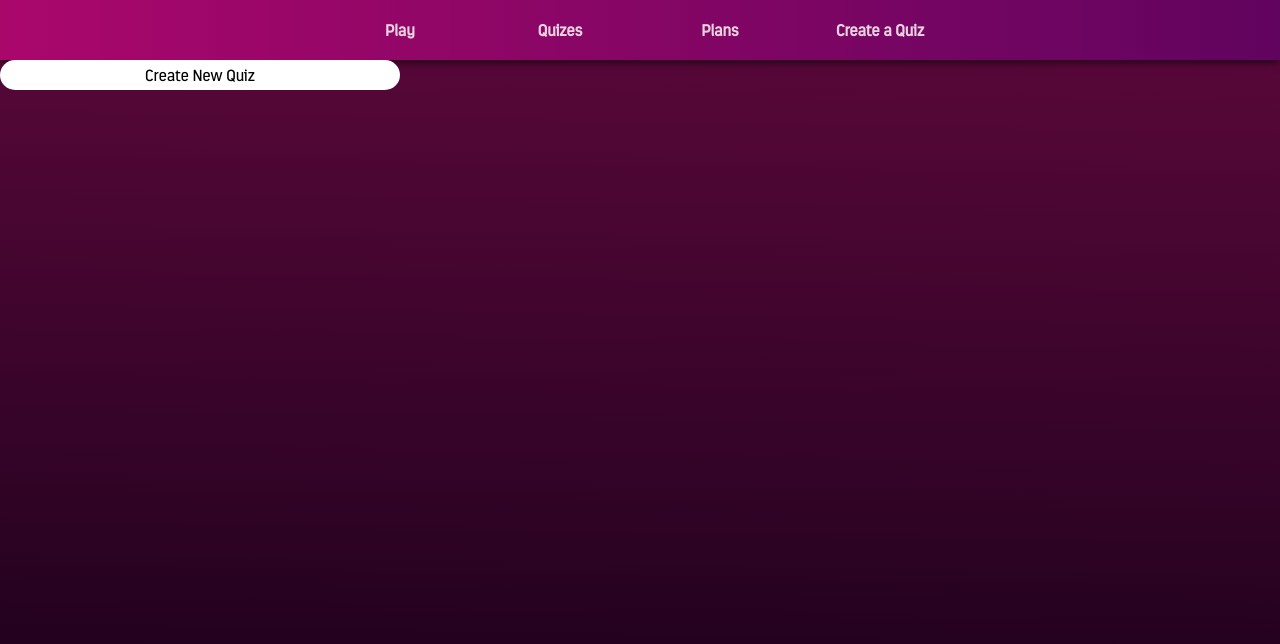
Repository: YoanDimitrov97/quiz-project
Page: /my_quiz (app in quiz_frontend/)
The author's editor kept a copy of each file at every save. The page is drawn from the files as they stood at one save, then again after the next save.
The browser window is 1280 px wide. The pictures show the whole page.
The project was rebuilt for these pictures with package versions that can differ from the ones it lists, and the page was loaded fresh each time. Also part of the build but not shown: quiz_frontend/src/components/Index/Login.vue, quiz_frontend/src/components/Index/ProfileNav.vue, quiz_frontend/src/components/CreateQuiz/NewQuizQuestion.vue, quiz_frontend/src/components/CreateQuiz.vue, quiz_frontend/src/components/Index/QuizBox.vue, quiz_frontend/src/components/Index/EnterCode.vue, quiz_frontend/src/components/Index.vue.

Above is the page before, as saved 2020-01-16 11:26:23.

### quiz_frontend/public/index.html
<!DOCTYPE html>
<html lang="en">
  <head>
    <meta charset="utf-8">
    <meta http-equiv="X-UA-Compatible" content="IE=edge">
    <meta name="viewport" content="width=device-width,initial-scale=1.0">
    <link rel="icon" href="<%= BASE_URL %>favicon.ico">
    <title>Index</title>
  </head>
  <body>
    <noscript>
      <strong>We're sorry but QuizProj doesn't work properly without JavaScript enabled. Please enable it to continue.</strong>
    </noscript>
    <div id="app"></div>
    <!-- built files will be auto injected -->
  </body>
</html>

### quiz_frontend/src/main.js
import Vue from 'vue'
import App from './App.vue'
import router from './router';
import axios from 'axios';

Vue.config.productionTip = false;
axios.defaults.withCredentials = true; // This remember which session is on User through axios !!

export const bus = new Vue();

new Vue({
  router,
  render: h => h(App),
}).$mount('#app')

### quiz_frontend/src/App.vue
<!-- CREATE QUIZ -->
<template>
  <div id="app">
    <router-view />
  </div>
</template>

<script>
export default {
  name: 'app',
}
</script>

<style lang="scss">
@font-face {
    font-family: Estandar;
    src: url("fonts/Estandar-Regular.ttf");
}

* {
  padding:0;
  margin:0;
  list-style:none;
  text-decoration:none;
  font-family:"Estandar";
  box-sizing:border-box;
}

body {
  overflow:hidden;
}

#app {
  min-height:100vh;
  height:100%;
  background: transparent linear-gradient(1deg, #1C011B 0%, #5D083C 100%) 0% 0% no-repeat padding-box;
}
</style>

### quiz_frontend/src/router.js
import Vue from 'vue'
import Router from 'vue-router'
import CreateQuiz from './components/CreateQuiz.vue'
import Index from './components/Index.vue'
import MyQuiz from './components/MyQuiz.vue'
// import Nav from './components/Nav.vue'

Vue.use(Router)

export default new Router({
    mode: 'history',
    routes: [
        {
            path:'/',
            component: Index
        },
        {
            path:'/my_quiz',
            component: MyQuiz
        },
        {
            path:'/create_quiz.html',
            component:CreateQuiz
        }
    ]
})

### quiz_frontend/src/components/MyQuiz.vue
<template>
    <div class="myQuiz_wrapper">
        <Nav />
        <div class="create_quiz_btn"><p>Create New Quiz</p></div>
        <div class="myQuiz_holder">

        </div>
    </div>
</template>
<script>
import Nav from "./Nav.vue"
export default {
    name:"MyQuiz",
    components: {
        Nav
    }
}
</script>
<style lang="scss">
.myQuiz_wrapper {

    .create_quiz_btn {
        width:400px;
        background:#fff;
        border-radius:25px;
        height:30px;
        display:grid;
        align-content:center;
        justify-content:center;
    }
}
</style>

### quiz_frontend/src/components/Nav.vue
<template>
    <div>
        <div class="header">
            <ul class="nav">
                <li><a href="#">Play</a></li>
                <li><a href="#">Quizes</a></li>
                <li><a href="#">Plans</a></li>
                <li><a href="create_quiz.html">Create a Quiz</a></li>
            </ul>
            <ul class="nav_login" v-show="showLogin">
                <div v-if="!isLoggedIn" class="login_section">
                    <li><a v-on:click.prevent="signIn" href="">Login</a></li>
                    <li><a href="">Sign Up</a></li>
                </div>
                <div v-else class="profile_section">
                    <p>Welcome, {{ userName }}</p>
                    <img v-bind:class="[rotateArrow ? 'rotateArrowUp' : 'rotateArrowDown']" v-on:click="openProfileNav" src="~@/assets/images/metro-chevron-thin-down.svg" alt="">
                </div>
            </ul>
        </div>
        <Login v-if="isClicked" @hideLogin="hideLogin" v-bind:isClicked="isClicked" />
        <ProfileNav v-if="profileNavClicked" @logout="logout"/>
    </div>
</template>

<script>
import axios from 'axios';
import Login from './Index/Login.vue';
import ProfileNav from './Index/ProfileNav.vue';
import {bus} from "./../main.js"

export default {
    name: 'Nav',
    components: {
        Login,
        ProfileNav
    },
    data () {
        return {
            profileNavClicked: false,
            showLogin: false,
            isClicked: false,
            isLoggedIn: false,
            rotateArrow: true,
            userName: null,
            userId: null,
        }
    },
    beforeCreate() {
        axios.get(process.env.VUE_APP_URL)
            .then(res => {
                this.showLogin = true;
                this.isLoggedIn = res.data.isLoggedIn;
                this.userName = res.data.userName;
                this.userId = res.data.userId;
                bus.$emit("userId", this.userId)
            }).catch(err => { console.log(err) });
    },
    methods: {
        signIn() {
            if(this.isClicked == false){
                this.isClicked = true;
            }else {
                this.isClicked = false;
            }

        },
        openProfileNav() {
            if(this.profileNavClicked == false){
                this.profileNavClicked = true;
                this.rotateArrow = false;
            } else {
                this.profileNavClicked = false;
                this.rotateArrow = true;
            }

        },
        hideLogin(value) {
            this.isClicked = false;
            this.isLoggedIn = true;
            this.userName = value.username;
        },
        logout(value) {
            this.profileNavClicked = false;
            this.isLoggedIn = value;
        },
    }
}
</script>

<style lang="scss" >
    $nav_color:#E8D0DF;
    $login_size:240px;//size of the Login/Register section
    .header {
        background: transparent linear-gradient(90deg, #AA076B 0%, #61045F 100%) 0% 0% no-repeat padding-box;
        box-shadow: 0px 0px 10px #000000;
        height:60px;
        display:grid;
        grid-template-columns:calc(100% - #{$login_size}) $login_size;

        .nav {
            display:grid;
            grid-template-columns:repeat(4, 160px);
            justify-content:center;
            align-content:center;
            height:100%;
            margin-left:$login_size;//this is the size of the Login/Register on the right of the nav

            li {
                text-align:center;
                a {
                    color:$nav_color;
                    font-weight:700;
                }
            }
        }

        .nav_login {
            height:100%;

            .login_section {
                height:100%;
                display:grid;
                grid-template-columns:50% 50%;
                align-content:center;
                justify-content:center;

                li:first-child {
                    justify-self: center;
                }
                li:nth-child(2){
                    a {
                        background: #0879f2;
                        padding: 7px 15px;
                        border-radius: 5px;
                    }
                }
                li {
                    a {
                        color:$nav_color;
                    }
                }
            }

            .profile_section {
                color:$nav_color;
                height:100%;
                display:grid;
                align-content:center;
                justify-content:center;
                font-size:14px;
                grid-template-columns: 1fr 1fr;

                p {
                    justify-self: end;
                    align-self: center;
                    margin-right: 5px;
                }
                img {
                    width: 20px;
                    justify-self: start;
                    align-self: center;
                    margin-left: 5px;
                }
            }
        }
    }
    .rotateArrowDown {
        transform: rotate(0deg);
    }
    .rotateArrowUp {
        transform: rotate(180deg);
    }
</style>

After the next save:
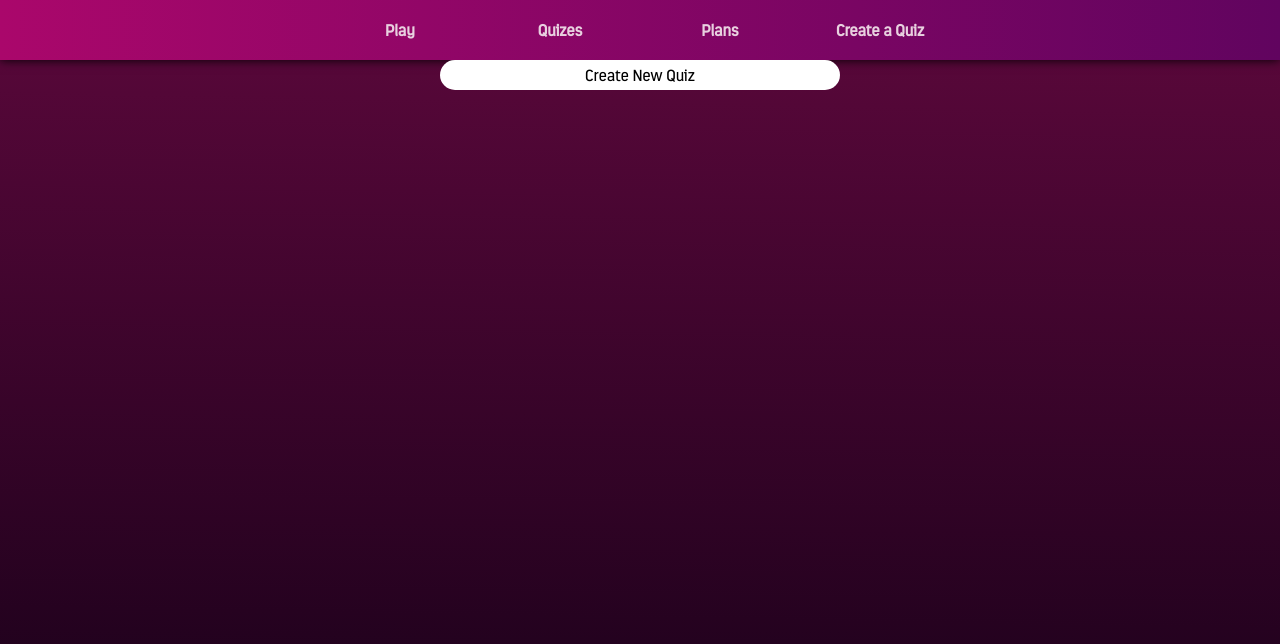
Saved 45 s later.
--- a/quiz_frontend/src/components/MyQuiz.vue
+++ b/quiz_frontend/src/components/MyQuiz.vue
@@ -1,9 +1,8 @@
 <template>
     <div class="myQuiz_wrapper">
         <Nav />
-        <div class="create_quiz_btn"><p>Create New Quiz</p></div>
         <div class="myQuiz_holder">
-
+            <div class="create_quiz_btn"><p>Create New Quiz</p></div>
         </div>
     </div>
 </template>
@@ -17,8 +16,11 @@ export default {
 }
 </script>
 <style lang="scss">
-.myQuiz_wrapper {
-
+.myQuiz_holder {
+    width:70%;
+    margin: 0 auto;
+    display:grid;
+    justify-content:center;
     .create_quiz_btn {
         width:400px;
         background:#fff;
